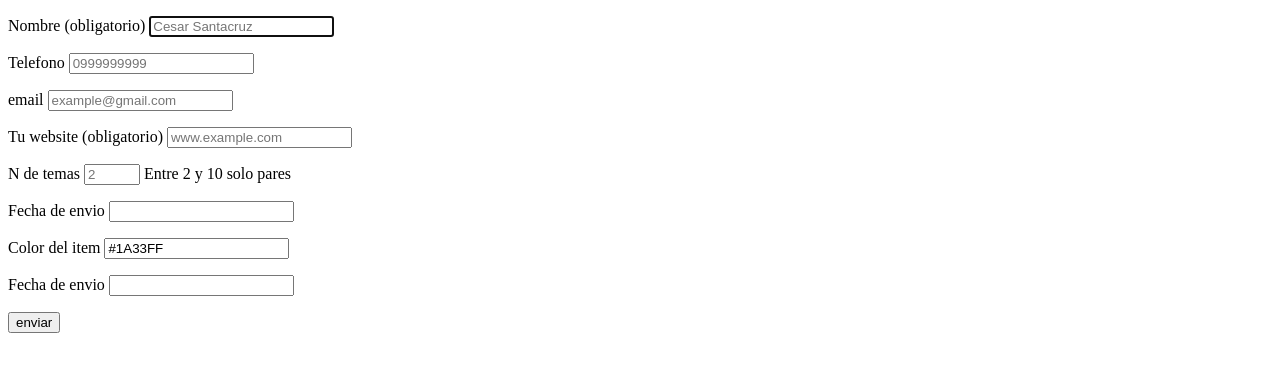
Repository: cesarsant0203/My_Study
Page: Introducción al desarrollo web/formulario.html
The author's editor kept a copy of each file at every save. The page is drawn from the files as they stood at one save, then again after the next save.
The browser window is 1280 px wide. The pictures show the whole page.

Above is the page before, as saved 2020-04-27 19:41:32.

After the next save:
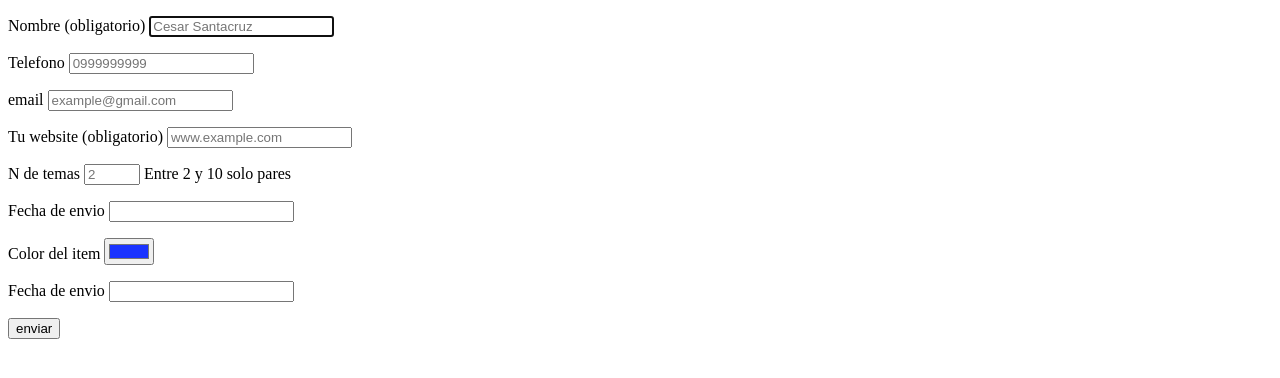
Saved 10 s later.
--- a/Introducción al desarrollo web/formulario.html
+++ b/Introducción al desarrollo web/formulario.html
@@ -54,7 +54,7 @@
         </p>
         <p>
             <label for="colorexample"> Color del item</label>
-            <input type="text" name="colorexample" id="colorexample" value="#1A33FF">
+            <input type="color" name="colorexample" id="colorexample" value="#1A33FF">
         </p>
         <p>
             <label for="deliverydate"> Fecha de envio</label>
